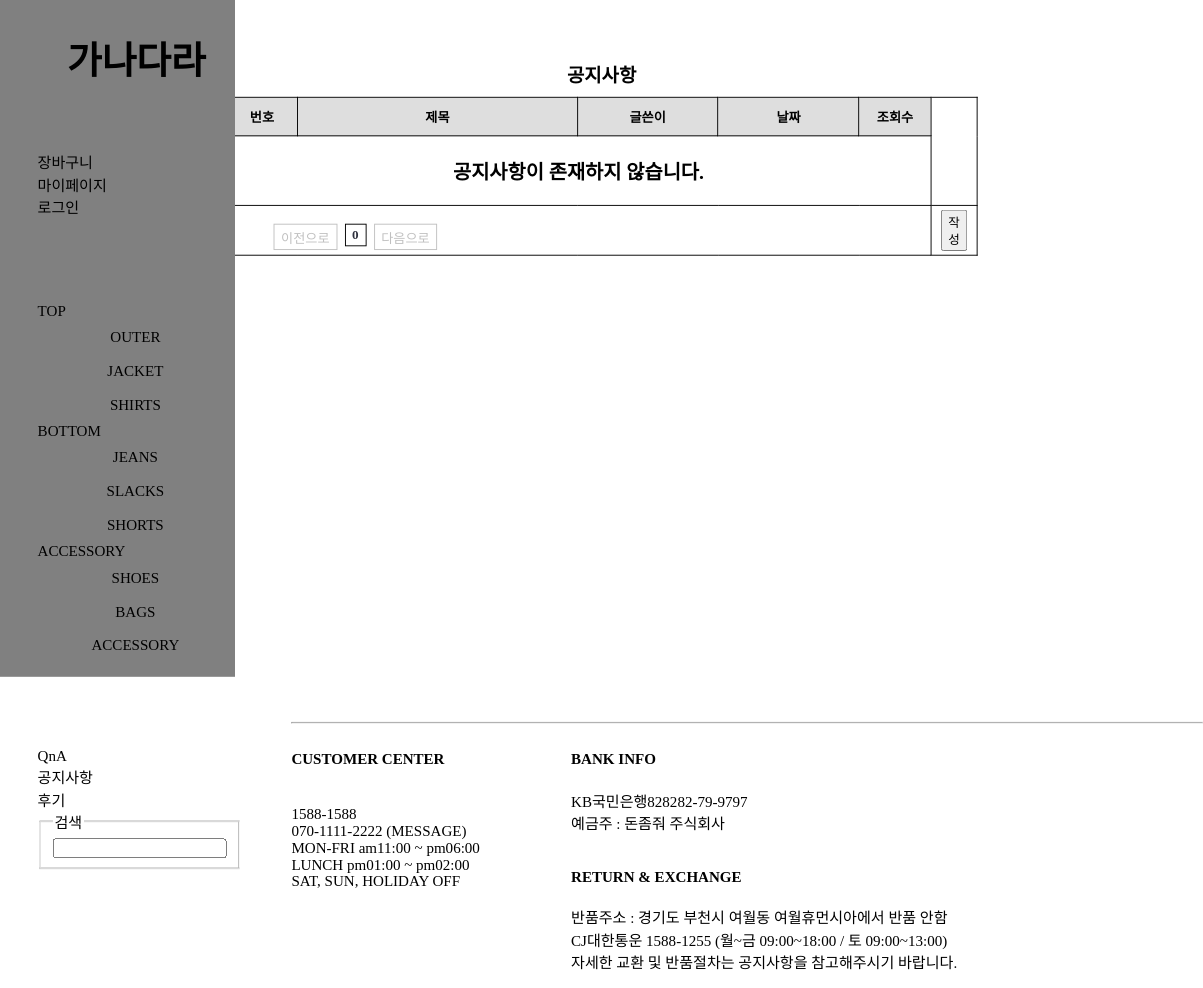
Repository: wonhong1103/springstudy
Page: http://localhost/Webpage/WEB-INF/views/Notice/N_list.jsp
These files come from the project's save history. The page is drawn as it stood at one moment and after the next save; the edit follows.
The browser window is 1280 px wide. The pictures show the whole page, at 94% of full size.
The page is served by Tomcat 9. Nobody is signed in. The template is opened directly, without the code that normally fills it, so the values that code supplies are empty.

Above is the page before, as saved 2020-10-19 07:31:58.

After the next save:
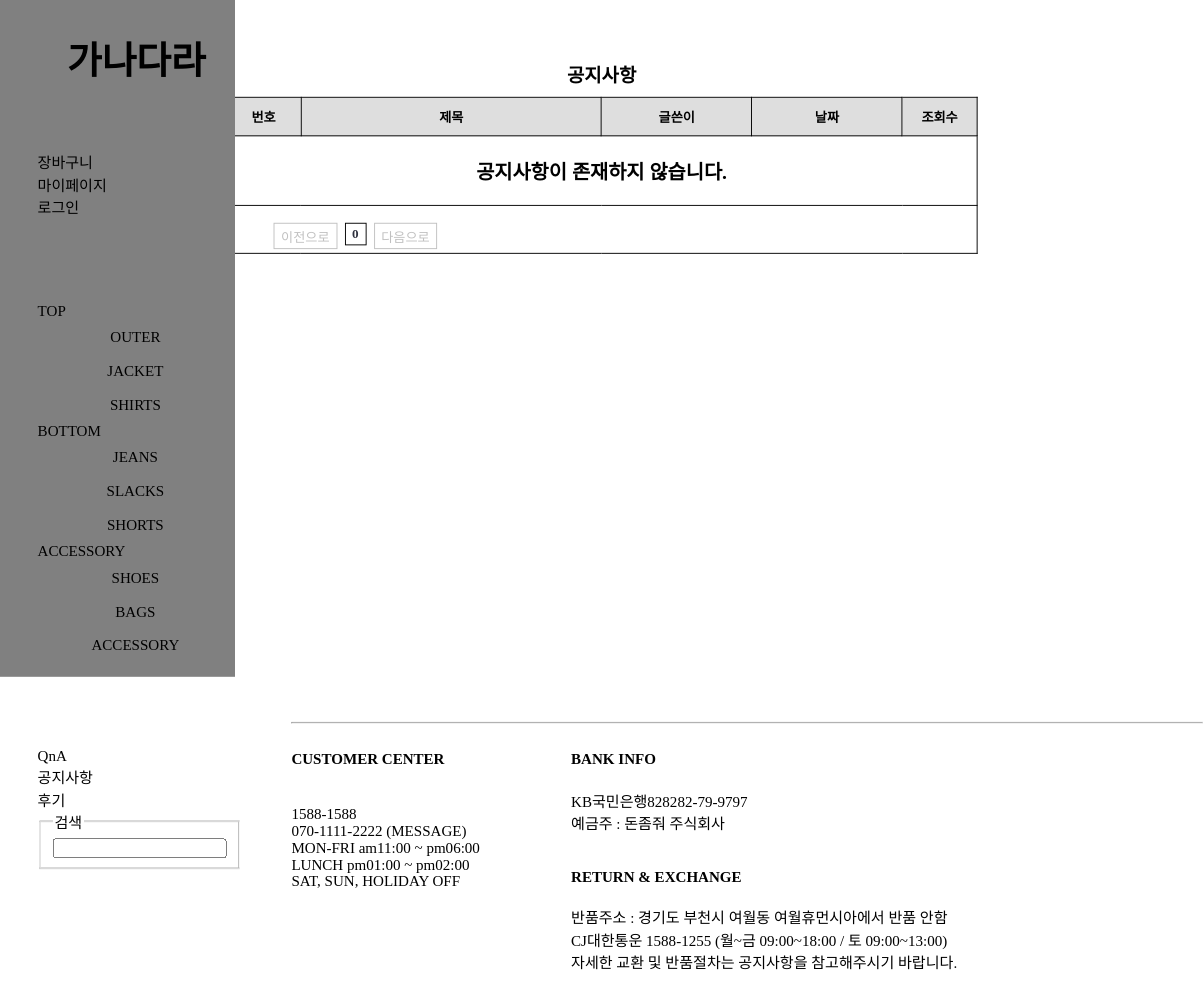
Saved 46 min 29 s later.
--- a/Webpage/src/main/webapp/WEB-INF/views/Notice/N_list.jsp
+++ b/Webpage/src/main/webapp/WEB-INF/views/Notice/N_list.jsp
@@ -282,9 +282,6 @@ table tfoot ol.paging li a:hover {
 						</c:choose>
 						</ol>
 					</td>
-					<td>
-						<button onclick="write_go()">작성</button>
-					</td>
 				</tr>
 			</tfoot>
 		</table>
